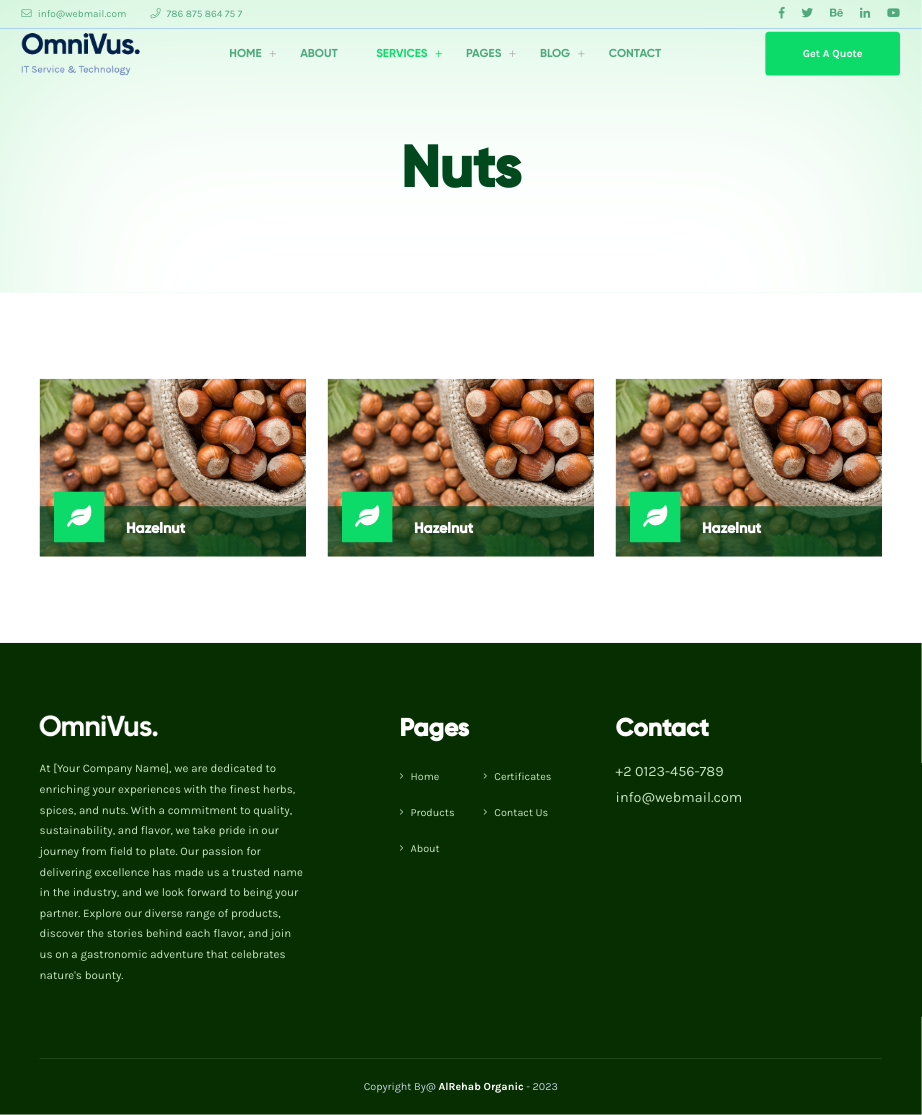
Repository: ziadmoh/alrehab-organic
Page: products.html
An editor plug-in stored every save of this project. The page is shown before and after the next save, followed by the edit.
The browser window is 1280 px wide. The pictures show the whole page, at 72% of full size.
The style sheet was rebuilt from its Sass, Less or Tailwind sources for each picture, by a compiler version that may differ from the author's.

Above is the page before, as saved 2023-09-26 12:07:47.

### products.html
<!DOCTYPE html>
<html lang="zxx">

<head>
    <!--====== Required meta tags ======-->
    <meta charset="utf-8" />
    <meta http-equiv="x-ua-compatible" content="ie=edge" />
    <meta name="description" content="" />
    <meta name="viewport" content="width=device-width, initial-scale=1, shrink-to-fit=no" />

    <!--====== Title ======-->
    <title> Herbs and Spices Exporter | AlRehab Organic </title>
    <!--====== Favicon Icon ======-->
    <link rel="shortcut icon" href="assets/img/favicon.ico" type="img/png" />
    <!--====== Bootstrap css ======-->
    <link rel="stylesheet" href="assets/css/bootstrap.min.css" />
    <!--====== Slick Slider ======-->
    <link rel="stylesheet" href="assets/css/slick.css" />
    <!--====== Magnific ======-->
    <link rel="stylesheet" href="assets/css/magnific-popup.css" />
    <!--====== Animate CSS ======-->
    <link rel="stylesheet" href="assets/css/animate.min.css" />
    <!--====== Font Awesome ======-->
    <link rel="stylesheet" href="assets/css/font-awesome.min.css" />
    <!--====== Main Css ======-->
    <link rel="stylesheet" href="assets/css/style.css" />
</head>

<body>
    <!--====== Preloader Start ======-->
    <div id="preloader">
        <div class="loader-cubes">
            <div class="loader-cube1 loader-cube"></div>
            <div class="loader-cube2 loader-cube"></div>
            <div class="loader-cube4 loader-cube"></div>
            <div class="loader-cube3 loader-cube"></div>
        </div>
    </div>
    <!--====== Preloader End ======-->

    <!--====== Header Part Start ======-->
    <header class="header-two header-full-width sticky-header">
        <div class="header-topbar d-none d-sm-block">
            <div class="container-fluid">
                <div class="row align-items-center justify-content-between">
                    <div class="col-sm-auto col-12">
                        <ul class="contact-info text-center">
                            <li><a href="#"><i class="fal fa-envelope"></i> info@webmail.com</a></li>
                            <li><a href="#"><i class="fal fa-phone"></i> 786 875 864 75 7</a></li>
                        </ul>
                    </div>
                    <div class="col-sm-auto col-12">
                        <div class="social-icon text-center">
                            <ul>
                                <li><a href="#"><i class="fab fa-facebook-f"></i></a></li>
                                <li><a href="#"><i class="fab fa-twitter"></i></a></li>
                                <li><a href="#"><i class="fab fa-behance"></i></a></li>
                                <li><a href="#"><i class="fab fa-linkedin-in"></i></a></li>
                                <li><a href="#"><i class="fab fa-youtube"></i></a></li>
                            </ul>
                        </div>
                    </div>
                </div>
            </div>
        </div>
        <div class="header-navigation">
            <div class="container-fluid d-flex align-items-center justify-content-between">
                <div class="header-left">
                    <div class="site-logo">
                        <a href="index.html"><img src="assets/img/logo-2.png" alt="Omnivus"></a>
                    </div>
                </div>
                <div class="site-nav-menu">
                    <ul class="primary-menu">
                        <li>
                            <a href="index.html">Home</a>
                             <ul class="submenu">
                                <li><a href="index.html">Home 1</a></li>
                                <li><a href="index-2.html">Home 2</a></li>
                                <li><a href="index-3.html">Home 3</a></li>
                                <li><a href="index-4.html">Home 4</a></li>
                                <li><a href="index-5.html">Home 5</a></li>
                                <li><a href="index-6.html">Home 6</a></li>
                                <li>
                                    <a href="#">OnePage</a>
                                    <ul class="submenu">
                                        <li><a href="index-onepage.html">Home 1</a></li>
                                        <li><a href="index-2-onepage.html">Home 2</a></li>
                                        <li><a href="index-3-onepage.html">Home 3</a></li>
                                        <li><a href="index-4-onepage.html">Home 4</a></li>
                                        <li><a href="index-5-onepage.html">Home 5</a></li>
                                        <li><a href="index-6-onepage.html">Home 6</a></li>
                                    </ul>
                                </li>
                            </ul>
                        </li>
                        <li>
                            <a class="nav-link" href="about.html">About</a>
                        </li>
                        <li class="current">
                            <a href="#">Services</a>
                            <ul class="submenu">
                                <li><a href="services.html">Services</a></li>
                                <li><a href="services-details.html">Services Details</a></li>
                            </ul>
                        </li>
                        <li>
                            <a href="#">Pages</a>
                            <ul class="submenu">
                                <li><a href="case-study.html">case study</a></li>
                                <li><a href="case-details.html">Case Details</a></li>
                                <li><a href="coming-soon.html">coming soon</a></li>
                                <li><a href="error.html">error</a></li>
                                <li><a href="faq.html">faq</a></li>
                                <li><a href="pricing.html">pricing</a></li>
                                <li><a href="shop.html">shop</a></li>
                                <li><a href="shop-details.html">shop Details</a></li>
                                <li><a href="cart.html">Cart</a></li>
                                <li><a href="checkout.html">Checkout</a></li>
                                <li><a href="privacy.html">Privacy</a></li>
                                <li><a href="team.html">team</a></li>
                                <li><a href="team-details.html">team details</a></li>
                            </ul>
                        </li>
                        <li>
                            <a href="#">Blog</a>
                            <ul class="submenu">
                                <li><a href="blog-standard.html">Blog Standard</a></li>
                                <li><a href="blog-grid.html">Blog Grid</a></li>
                                <li><a href="blog-details.html">Blog Details</a></li>
                            </ul>
                        </li>
                        <li>
                            <a href="contact.html">Contact</a>
                        </li>
                    </ul>
                    <a href="#" class="nav-close"><i class="fal fa-times"></i></a>
                </div>
                <div class="header-extra d-flex align-items-center">
                    <div class="nav-toggler">
                        <span></span><span></span><span></span>
                    </div>
                    <div class="navbar-btn">
                        <a href="#">Get A Quote</a>
                    </div>
                </div>
            </div>
        </div>
    </header>
    <!--====== Header Part End ======-->

    <!--====== Page Title start ======-->
    <section class="page-title-area">
        <div class="container">
            <h2 class="title">Nuts</h2>
        </div>
    </section>
    <!--====== Page Title End ======-->

    <!--====== Service Section Start ======-->
    <section class="service-section-two section-gap-top pb-90">
        <div class="container">
            <div class="row service-items justify-content-center">
                <div class="col-lg-4 col-md-6 col-sm-8">
                    <div class="service-item-eight mb-30">
                        <div class="service-img">
                            <img src="assets/img/products/hazelnut.jpg" alt="Image">
                        </div>
                        <div class="services-overlay">
                            <div class="icon"><i class="fas fa-leaf"></i></div>
                            <h4 class="title"><a href="#">Hazelnut</a></h4>
                            <p>Lorem ipsum dolor sit amet consectetur adipisicing elit. Debitis harum tenetur eligendi explicabo, natus excepturi.</p>
                        </div>
                    </div>
                </div>
                <div class="col-lg-4 col-md-6 col-sm-8">
                    <div class="service-item-eight mb-30">
                        <div class="service-img">
                            <img src="assets/img/products/hazelnut.jpg" alt="Image">
                        </div>
                        <div class="services-overlay">
                            <div class="icon"><i class="fas fa-leaf"></i></div>
                            <h4 class="title"><a href="#">Hazelnut</a></h4>
                            <p>Lorem ipsum dolor sit amet consectetur adipisicing elit. Debitis harum tenetur eligendi explicabo, natus excepturi.</p>
                        </div>
                    </div>
                </div>
                <div class="col-lg-4 col-md-6 col-sm-8">
                    <div class="service-item-eight mb-30">
                        <div class="service-img">
                            <img src="assets/img/products/hazelnut.jpg" alt="Image">
                        </div>
                        <div class="services-overlay">
                            <div class="icon"><i class="fas fa-leaf"></i></div>
                            <h4 class="title"><a href="#">Hazelnut</a></h4>
                            <p>Lorem ipsum dolor sit amet consectetur adipisicing elit. Debitis harum tenetur eligendi explicabo, natus excepturi.</p>
                        </div>
                    </div>
                </div>

            </div>
        </div>
    </section>
    <!--====== Service Section End ======-->


    <!--====== Back to top start ======-->
    <div class="back-to-top">
        <a href="#"> <i class="fas fa-arrow-up"></i> </a>
    </div>
    <!--====== Back to top start ======-->

    <!--====== Footer PART START ======-->
    <footer class="footer-area">
        <div class="container">
            <div class="row footer-widgets">
                <div class="col-lg-4 col-md-6 col-md-7">
                    <div class="widget about-widget">
                        <div class="logo">
                            <img src="assets/img/logo-1.1.png" alt="">
                        </div>
                        <p>At [Your Company Name], we are dedicated to enriching your experiences with the finest herbs, spices, and nuts. With a commitment to quality, sustainability, and flavor, we take pride in our journey from field to plate. Our passion for delivering excellence has made us a trusted name in the industry, and we look forward to being your partner. Explore our diverse range of products, discover the stories behind each flavor, and join us on a gastronomic adventure that celebrates nature's bounty.</p>

                    </div>
                </div>
                <div class="col-lg-3 col-md-6 offset-xl-1">
                    <div class="widget nav-widget">
                        <h4 class="widget-title">Pages</h4>
                        <div class="footer-list">
                            <ul>
                                <li><a href="index.html"><i class="fal fa-angle-right"></i> Home</a></li>
                                <li><a href="products.html"><i class="fal fa-angle-right"></i> Products</a></li>
                                <li><a href="about.html"><i class="fal fa-angle-right"></i> About</a></li>

                            </ul>
                            <ul>
                                <li><a href="certificates.html"><i class="fal fa-angle-right"></i> Certificates</a></li>
                                <li><a href="contact.html"><i class="fal fa-angle-right"></i> Contact Us</a></li>

                            </ul>
                        </div>
                    </div>
                </div>
                <div class="col-lg-4 col-md-6 col-md-6">
                    <div class="widget contact-widget">
                        <h4 class="widget-title">Contact</h4>
                        <ul>

                            <li>+2 0123-456-789</li>
                            <li>info@webmail.com</li>
                        </ul>
                    </div>
                </div>
            </div>
            <div class="footer-copyright">
                <p>Copyright By@ <a href="#">AlRehab Organic</a> - 2023</p>
            </div>
        </div>
    </footer>
    <!--====== Footer PART ENDS ======-->

    <!--====== Jquery ======-->
    <script src="assets/js/jquery-1.12.4.min.js"></script>
    <!--====== Bootstrap ======-->
    <script src="assets/js/bootstrap.bundle.min.js"></script>
    <!--====== Slick slider ======-->
    <script src="assets/js/slick.min.js"></script>
    <!--====== Magnific ======-->
    <script src="assets/js/jquery.magnific-popup.min.js"></script>
    <!--====== Isotope ======-->
    <script src="assets/js/isotope.pkgd.min.js"></script>
    <!--====== Imagesloaded ======-->
    <script src="assets/js/imagesloaded.pkgd.min.js"></script>
    <!--====== Inview ======-->
    <script src="assets/js/jquery.inview.min.js"></script>
    <!--====== Easy Pie Chart ======-->
    <script src="assets/js/jquery.easypiechart.min.js"></script>
    <!--====== Syotimer ======-->
    <script src="assets/js/jquery.syotimer.min.js"></script>
    <!--====== Wow ======-->
    <script src="assets/js/wow.min.js"></script>
    <!--====== Main JS ======-->
    <script src="assets/js/main.js"></script>
</body>

</html>

### assets/scss/style.scss
/*-----------------------------------------------------------------------------------
    Template Name: Omnivus - IT Solutions & Digital Services HTML5 Template
    Template URI: https://webtend.net/demo/html/omnivus/
    Author: WebTend
    Author URI:  https://webtend.net/
    Version: 1.0

    Note: This is Main Style Scss File.
-----------------------------------------------------------------------------------
	CSS INDEX
	===================
    01. Common
    02. Header
    03. Banner
    04. Service
    05. Feature
    05. Portdolio
    07. Counter
    08. Team
    09. Testimonial
    10. Call to action
    11. Latest Post
    12. About
    13. Why Choose
    14. Contact
    15. Intro Video
    16. Accordion
    17. history
    18. Brand
    19. Page title
    20. Shop
    21. Blog
    22. Pricing
    23. Tile Gallery
    24. Comming Soon
    25. Privacy
-----------------------------------------------------------------------------------*/

@import "variables";
@import "common";
@import "header";
@import "banner";
@import "service";
@import "feature";
@import "portfolio";
@import "counter";
@import "team";
@import "testimonial";
@import "cta";
@import "latest-news";
@import "about";
@import "why-choose";
@import "contact";
@import "intro-video";
@import "accordion";
@import "history";
@import "brand";
@import "footer";
@import "page-title";
@import "shop";
@import "blog";
@import "pricing";
@import "tile-gallery";
@import "coming-soon";
@import "privacy";

### assets/scss/_brand.scss
/*=======  Brand Slider  =======*/
.brand-slider {
    .brand-item {
        text-align: center;

        a {
            opacity: 0.2;

            &:hover {
                opacity: 1;
            }
        }

        &.full-opacity a{
            opacity: 1;
        }
    }

    .slick-track {
        display: flex;
        align-items: center;
    }
}

### assets/scss/_page-title.scss
/*=======  Page Title  =======*/
.page-title-area {
    background: #a9ecbb96;
    position: relative;
    z-index: 1;
    text-align: center;
    padding-top: 190px;
    padding-bottom: 110px;

    @include respond-below(sm) {
        padding-top: 180px;
    }

    &::before {
        position: absolute;
        content: "";
        top: 0;
        left: 0;
        width: 100%;
        height: 100%;
        background-image: url(../img/banner/banner-gradient-bg-2.png);
        background-repeat: no-repeat;
        background-size: cover;
        background-position: center;
        z-index: -1;
    }

    .title {
        font-size: 80px;
        margin-bottom: 10px;

        @include respond-below(lg) {
            font-size: 62px;
        }

        @include respond-below(sm) {
            font-size: 38px;
        }
    }

    .breadcrumb-nav {
        display: flex;
        justify-content: center;

        li {
            font-size: 24px;
            font-weight: 700;
            position: relative;
            line-height: 1;

            @include respond-below(sm) {
                font-size: 18px;
            }

            &:not(:last-child) {
                &::after {
                    content: "|";
                    margin: 0 8px;
                }
            }

            &,
            a {
                color: #69a1bb;
            }
        }
    }
}

### assets/scss/_tile-gallery.scss
/*======= Tile Gallery =======*/
.tile-gallery-one {
    text-align: right;

    img {
        border: 11px solid $white;
        box-shadow: 0px 13px 30px rgba(0, 0, 0, 0.07);
    }

    .img-one {
        text-align: left;

        @include respond-between(lg, xl) {
            max-width: 90%;
        }

        @include respond-below(md) {
            max-width: 90%;
        }
    }

    .img-two {
        margin-top: -80px;
        position: relative;
        display: inline-block;
        margin-left: auto;
        z-index: 1;

        @include respond-between(lg, xl) {
            max-width: 90%;
        }

        @include respond-below(md) {
            max-width: 90%;
        }

        &::before {
            content: "";
            position: absolute;
            content: "";
            left: -15px;
            bottom: -15px;
            background-color: $primary-color;
            z-index: -1;
            height: 180px;
            width: 180px;
            clip-path: polygon(0 0, 0% 100%, 100% 100%);
        }
    }
}

.tile-gallery-two {
    text-align: right;

    .img-one {
        text-align: left;

        @include respond-below(sm) {
            max-width: 90%;
        }
    }

    .img-two {
        margin-top: -220px;
        position: relative;
        z-index: 1;
        display: inline-block;

        @include respond-between(lg, xl) {
            max-width: 80%;
        }

        @include respond-below(sm) {
            max-width: 90%;
        }

        &::before {
            content: "";
            position: absolute;
            content: "";
            right: -15px;
            bottom: -15px;
            background-color: $primary-color;
            z-index: -1;
            width: calc(100% - 80px);
            height: calc(100% - 80px);
            clip-path: polygon(100% 0, 0% 100%, 100% 100%);
        }
    }
}

.tile-gallery-three {
    .img-one {
        text-align: right;

        @include respond-below(sm) {
            max-width: 90%;
        }
    }

    .img-two {
        margin-top: -220px;
        position: relative;
        z-index: 1;
        display: inline-block;

        @include respond-below(sm) {
            max-width: 90%;
        }

        @include respond-between(lg, xl) {
            max-width: 90%;
        }

        img {
            border: 15px solid $soft-blue;
        }
    }
}

### assets/scss/_privacy.scss
/*=======  Privacy  =======*/
.privacy-area {
    .content-box {
        padding-bottom: 25px;
        border-bottom: 1px solid $border-color;
        color: $text-color-2;

        &:last-child {
            border-bottom: none;
        }

        h2 {
            margin-bottom: 20px;
        }

        h4 {
            max-width: 80%;
            margin-bottom: 15px;
        }

        p {
            margin-bottom: 20px;
        }

        ul.list {
            margin-top: 15px;

            li {
                position: relative;
                padding-left: 20px;
                padding-bottom: 15px;
                line-height: 20px;

                &:before {
                    position: absolute;
                    top: 5px;
                    left: 0;
                    width: 10px;
                    height: 10px;
                    border-radius: 10px;
                    background: $secondary-color;
                    content: "";
                }
            }
        }
    }
}

Loaded but not shown: assets/css/bootstrap.min.css (library); assets/css/slick.css (common file); assets/css/magnific-popup.css (library); assets/css/animate.min.css (library); assets/css/font-awesome.min.css (library); assets/js/jquery-1.12.4.min.js (library); assets/js/bootstrap.bundle.min.js (library); assets/js/slick.min.js (library); assets/js/jquery.magnific-popup.min.js (library); assets/js/isotope.pkgd.min.js (library); assets/js/imagesloaded.pkgd.min.js (library); assets/js/jquery.inview.min.js (common file); assets/js/jquery.easypiechart.min.js (library); assets/js/jquery.syotimer.min.js (library); assets/js/wow.min.js (library); assets/js/main.js (629 lines, source omitted); assets/scss/_blog.scss (1050 lines, source omitted); assets/scss/_header.scss (781 lines, source omitted); assets/scss/_service.scss (849 lines, source omitted); assets/scss/_banner.scss (727 lines, source omitted); assets/scss/_common.scss (1101 lines, source omitted); assets/scss/_shop.scss (765 lines, source omitted); assets/scss/_portfolio.scss (552 lines, source omitted); assets/scss/_team.scss (422 lines, source omitted); assets/scss/_accordion.scss (320 lines, source omitted); assets/scss/_feature.scss (328 lines, source omitted); assets/scss/_intro-video.scss (289 lines, source omitted); assets/scss/_counter.scss (327 lines, source omitted); assets/scss/_latest-news.scss (316 lines, source omitted); assets/scss/_cta.scss (275 lines, source omitted); assets/scss/_contact.scss (280 lines, source omitted); assets/scss/_about.scss (261 lines, source omitted); assets/scss/_footer.scss (239 lines, source omitted); assets/scss/_history.scss (164 lines, source omitted); assets/scss/_coming-soon.scss (136 lines, source omitted); assets/scss/_testimonial.scss (143 lines, source omitted); assets/scss/_variables.scss (120 lines, source omitted); assets/scss/_pricing.scss (147 lines, source omitted); assets/scss/_why-choose.scss (109 lines, source omitted)

After the next save:
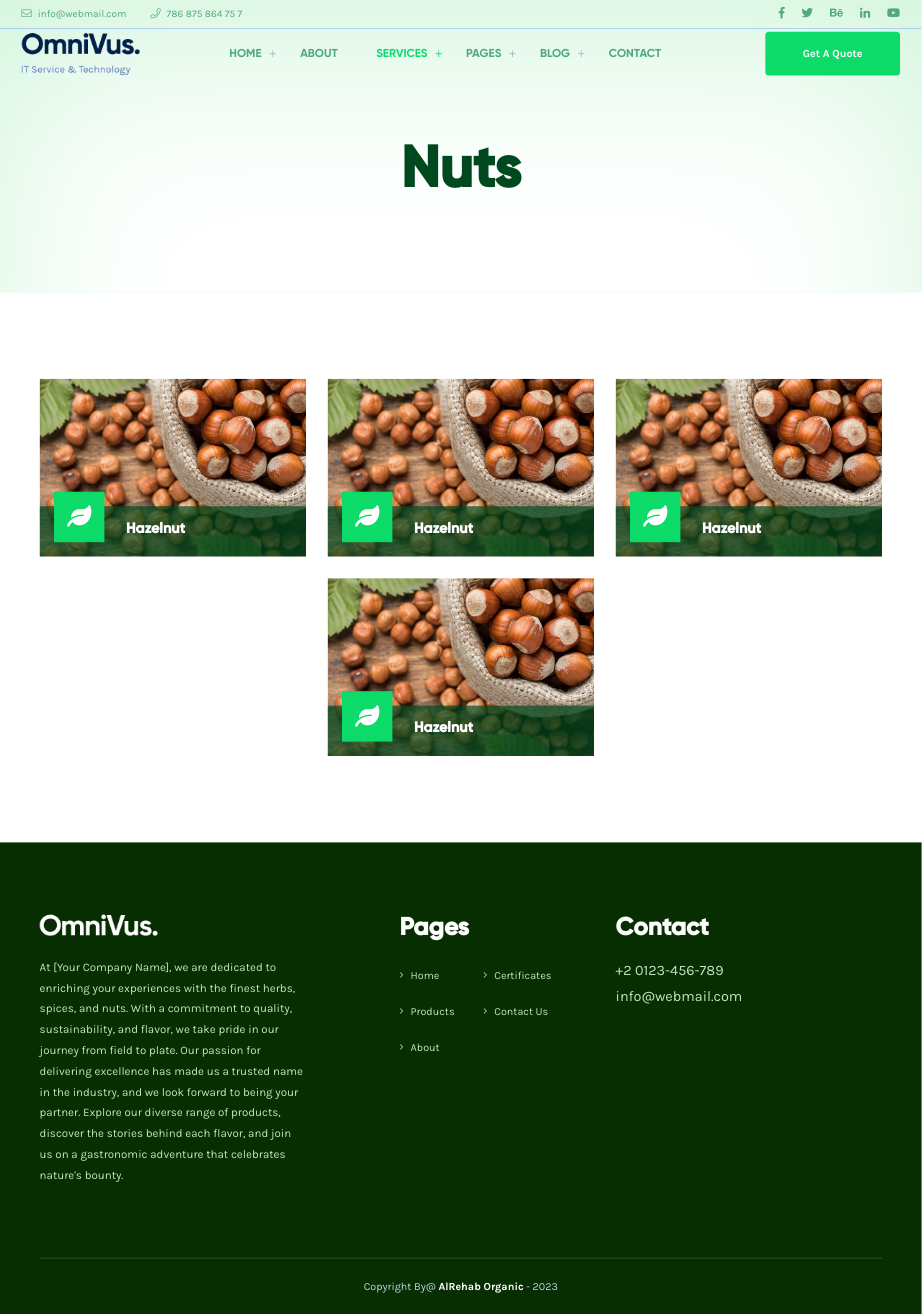
Saved 24 s later.
--- a/products.html
+++ b/products.html
@@ -161,6 +161,18 @@
     <section class="service-section-two section-gap-top pb-90">
         <div class="container">
             <div class="row service-items justify-content-center">
+                <div class="col-lg-4 col-md-6 col-sm-8">
+                    <div class="service-item-eight mb-30">
+                        <div class="service-img">
+                            <img src="assets/img/products/hazelnut.jpg" alt="Image">
+                        </div>
+                        <div class="services-overlay">
+                            <div class="icon"><i class="fas fa-leaf"></i></div>
+                            <h4 class="title"><a href="#">Hazelnut</a></h4>
+                            <p>Lorem ipsum dolor sit amet consectetur adipisicing elit. Debitis harum tenetur eligendi explicabo, natus excepturi.</p>
+                        </div>
+                    </div>
+                </div>
                 <div class="col-lg-4 col-md-6 col-sm-8">
                     <div class="service-item-eight mb-30">
                         <div class="service-img">
